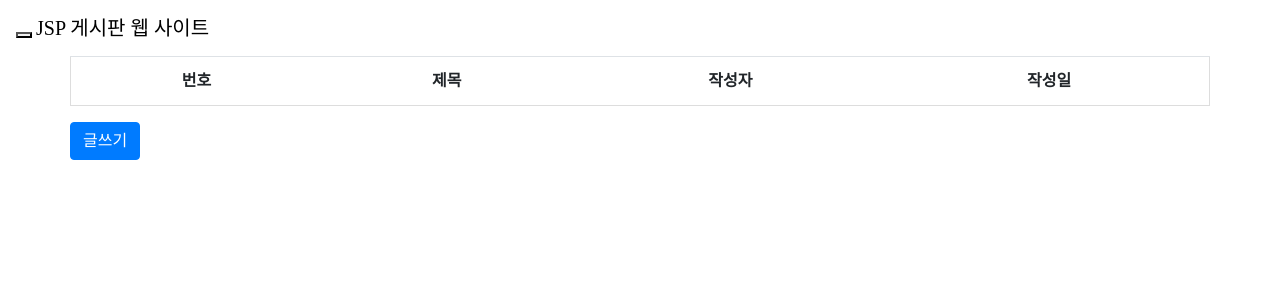
Repository: hz6450/2024-summer-jsp-notice-project
Page: http://localhost/BBS/BBS.jsp
The author's editor kept a copy of each file at every save. The page is drawn from the files as they stood at one save, then again after the next save.
The browser window is 1280 px wide. The pictures show the whole page.
Some web fonts or font styles are not loaded; a fallback is used. Some web libraries are served in a nearby version. The page is served by Tomcat 10. Other server files are loaded and not shown. Queries for data that is not in the repository find no rows.

Above is the page before, as saved 2024-07-12 07:56:17.

### projects/BBS/src/main/webapp/BBS.jsp
<%@ page language="java" contentType="text/html; charset=UTF-8"
	pageEncoding="UTF-8"%>
<%@ page import="java.io.PrintWriter"%>
<%@ page import="bbs.BbsDAO"%>
<%@ page import="bbs.Bbs"%>
<%@ page import="java.util.ArrayList"%>
<!DOCTYPE html>
<html>

<head>
<meta charset="UTF-8">
<meta name="viewport" content="width=device-width" initial-scale="1">
<link rel="stylesheet" href="css/bootstrap.css">
<link rel="stylesheet" href="css/custom.css">
<title>jsp 게시판 웹 사이트</title>
<style type="text/css">
	a, a:hover{
	color:#000000;
	text-decoration: none;
	}
</style>
</head>

<body>
	<%
	String userID = null;
	if (session.getAttribute("userID") != null) {
		userID = (String) session.getAttribute("userID");

	}
	int pageNumber = 1;
	if (request.getParameter("pageNumber") != null) {
		pageNumber = Integer.parseInt(request.getParameter("pageNumber"));
	}
	%>
	<nav class="navbar navbar-default">
		<div class="navbar-header">
			<button type="button" class="navbar-toggle" data-toggle="collapse"
				data-target="#bs-example-navbar-collapse-1" aria-expanded="false">
				<span class="icon-bar"></span> <span class="icon-bar"></span> <span
					class="icon-bar"></span>
			</button>
			<a class="navbar-brand" href="main.jsp">JSP 게시판 웹 사이트</a>
		</div>
		<div class="collapse navbar-collapse"
			id="bs-example-navbar-collapse-1">
			<ul class="nav navbar-nav">
				<li><a href="main.jsp">메인</a></li>
				<li class="active"><a href="BBS.jsp">게시판</a></li>
			</ul>
		</nav>
			<div class="container">
				<div class="row">
					<table class="table table-striped"
						style="text-align: center; border: 1px solid #dddddd;" id="bbs-table">
						<thead>
							<tr>
								<th style="border-bottom:none; text-align: center;">번호</th>
								<th style="border-bottom:none; text-align: center;">제목</th>
								<th style="border-bottom:none; text-align: center;">작성자</th>
								<th style="border-bottom:none; text-align: center;">작성일</th>
							</tr>
						</thead>
						<tbody>
							<%
							BbsDAO bbsDAO = new BbsDAO();
							ArrayList<Bbs> list = bbsDAO.getList(pageNumber);
							for (int i = 0; i < list.size(); i++) {
							%>
							<tr>
								<td><%= list.get(i).getBbsId() %></td>
								<td><a href="view.jsp?bbsID=<%=list.get(i).getBbsId()%>">
										<%= list.get(i).getBbsTitle() %></a></td>
								<td><%= list.get(i).getUserID() %></td>
								<td><%= list.get(i).getBbsDate().substring(0, 11) + list.get(i).getBbsDate().substring(11, 13) + "시" + list.get(i).getBbsDate().substring(14, 16) + "분" %></td>
							</tr>
						</tbody>
						<%
						}
						%>

					</table>
					<%
						if(pageNumber != 1){
							%>
					<a href="BBS.jsp?pageNumber=<%=pageNumber -1 %>" class="btn btn-success btn-arrow-left">이전</a>

					<%
						}if(bbsDAO.nextPage(pageNumber + 1)){
							%>
					<a href="BBS.jsp?pageNumber=<%=pageNumber +1 %>" class="btn btn-success btn-arrow-left">다음</a>
					<%
						}
					%>
					<a href="write.jsp" class="btn btn-primary pull-right">글쓰기</a>
				</div>
			</div>

		</div>



	<script src="https://code.jquery.com/jquery-3.1.1.min.js"></script>
	<script src="js/bootstrap.js"></script>

</body>

</html>

### projects/BBS/src/main/java/bbs/BbsDAO.java
package bbs;

import java.sql.Connection;
import java.sql.DriverManager;
import java.sql.PreparedStatement;
import java.sql.ResultSet;
import java.util.ArrayList;

public class BbsDAO {

	private Connection conn;
	private ResultSet rs;

	public BbsDAO() {
		try {
			String dbURL = "jdbc:mysql://localhost:3306/BBS";
			String dbID = "root";
			String dbPassword = "6450";
			Class.forName("com.mysql.jdbc.Driver");
			conn = DriverManager.getConnection(dbURL, dbID, dbPassword);
		} catch (Exception e) {
			e.printStackTrace();
		}
	}

	public String getDate() {
		String SQL = "SELECT NOW()";
		try {
			PreparedStatement pstmt = conn.prepareStatement(SQL);
			rs = pstmt.executeQuery();
			if (rs.next()) {
				return rs.getString(1);
			}
		} catch (Exception e) {
			e.printStackTrace();
		}
		return "";
	}

	public int getNext() {
		String SQL = "SELECT bbsID FROM BBS ORDER BY bbsID DESC";
		try {
			PreparedStatement pstmt = conn.prepareStatement(SQL);
			rs = pstmt.executeQuery();
			if (rs.next()) {
				return rs.getInt(1) + 1;
			}
		} catch (Exception e) {
			e.printStackTrace();
		}
		return 1;
	}

	public int write(String bbsTitle, String userID, String bbsContent) {
		String SQL = "INSERT INTO BBS VALUE(?,?,?,?,?,?)";
		try {
			PreparedStatement pstmt = conn.prepareStatement(SQL);

			pstmt.setInt(1, getNext());
			pstmt.setString(2, bbsTitle);
			pstmt.setString(3, userID);
			pstmt.setString(4, getDate());
			pstmt.setString(5, bbsContent);
			pstmt.setInt(6, 1);

			return pstmt.executeUpdate();
		} catch (Exception e) {
			e.printStackTrace();
		}
		return -1;
	}

	public ArrayList<Bbs> getList(int pageNumber) {
		String SQL = "SELECT * From BBS WHERE bbsID < ? AND bbsAvailable = 1 ORDER BY bbsID DESC LIMIT 10";
		ArrayList<Bbs> list = new ArrayList<Bbs>();
		try {
			PreparedStatement pstmt = conn.prepareStatement(SQL);
			pstmt.setInt(1, getNext() - (pageNumber - 1) * 10);
			rs = pstmt.executeQuery();
			while (rs.next()) {
				Bbs bbs = new Bbs();
				bbs.setBbsId(rs.getInt(1));
				bbs.setBbsTitle(rs.getString(2));
				bbs.setUserID(rs.getString(3));
				bbs.setBbsDate(rs.getString(4));
				bbs.setBbsContent(rs.getString(5));
				bbs.setBbsAvailable(rs.getInt(6));
				list.add(bbs);
			}
		} catch (Exception e) {
			e.printStackTrace();
		}
		return list;
	}

	public boolean nextPage(int pageNumber) {
		String SQL = "SELECT * From BBS WHERE bbsID < ? AND bbsAvailable = 1 ORDER BY bbsID DESC LIMIT 10";
		try {
			PreparedStatement pstmt = conn.prepareStatement(SQL);
			pstmt.setInt(1, getNext() - (pageNumber - 1) * 10);
			rs = pstmt.executeQuery();
			if (rs.next()) {
				return true;
			}
		} catch (Exception e) {
			e.printStackTrace();
		}
		return false;
	}

	public Bbs getBbs(int bbsID) {
		String SQL = "SELECT * FROM BBS WHERE bbsID = ?";
		try {
			PreparedStatement pstmt = conn.prepareStatement(SQL);
			pstmt.setInt(1, bbsID);
			rs = pstmt.executeQuery();
			if (rs.next()) {
				Bbs bbs = new Bbs();
				bbs.setBbsId(rs.getInt(1));
				bbs.setBbsTitle(rs.getString(2));
				bbs.setUserID(rs.getString(3));
				bbs.setBbsDate(rs.getString(4));
				bbs.setBbsContent(rs.getString(5));
				bbs.setBbsAvailable(rs.getInt(6));
				return bbs;
			}
		} catch (Exception e) {
			e.printStackTrace();
		}
		return null;
	}

	public int update(int bbsID, String bbsTitle, String bbsContent) {
		String SQL = "UPDATE BBS SET bbsTitle = ?, bbsContent= ? WHERE bbsID = ?";
		try {
			PreparedStatement pstmt = conn.prepareStatement(SQL);

			pstmt.setString(1, bbsTitle);
			pstmt.setString(2, bbsContent);
			pstmt.setInt(3, bbsID);

			return pstmt.executeUpdate();
		} catch (Exception e) {
			e.printStackTrace();
		}
		return -1;
	}

	public int delete(int bbsID) {
		String SQL = "UPDATE BBS SET bbsAvailable=0 WHERE bbsID = ?";
		try {
			PreparedStatement pstmt = conn.prepareStatement(SQL);
			pstmt.setInt(1, bbsID);

			return pstmt.executeUpdate();
		} catch (Exception e) {
			e.printStackTrace();
		}
		return -1;
	}
}

### projects/BBS/src/main/webapp/css/custom.css
@import url(http://fonts.googleapis.com/earlyaccess/nanumgothic.css);
@import url(http://fonts.googleapis.com/earlyaccess/hanna.css);
* {
	font-family : "Nanum Gothic";
}
h1 {
	font-family : "Hanna";
}
#table-test{
	background-color: skyblue;
	border: red 2px solid;
}

Loaded but not shown: projects/BBS/src/main/webapp/css/bootstrap.css (library); projects/BBS/src/main/webapp/js/bootstrap.js (library)

After the next save:
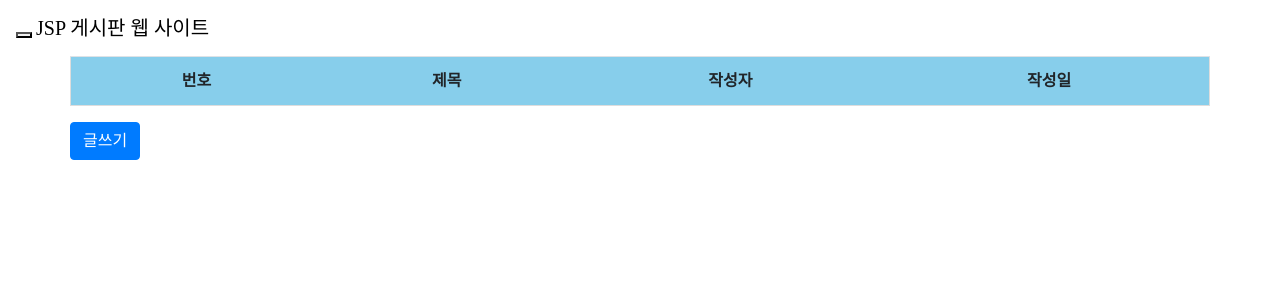
Saved 20 s later.
--- a/projects/BBS/src/main/webapp/css/custom.css
+++ b/projects/BBS/src/main/webapp/css/custom.css
@@ -6,7 +6,9 @@
 h1 {
 	font-family : "Hanna";
 }
-#table-test{
+#bbs-table{
+	text-align: center;
+	border: 1px solid #dddddd;
 	background-color: skyblue;
 	border: red 2px solid;
 }

After the 2 saves that followed:
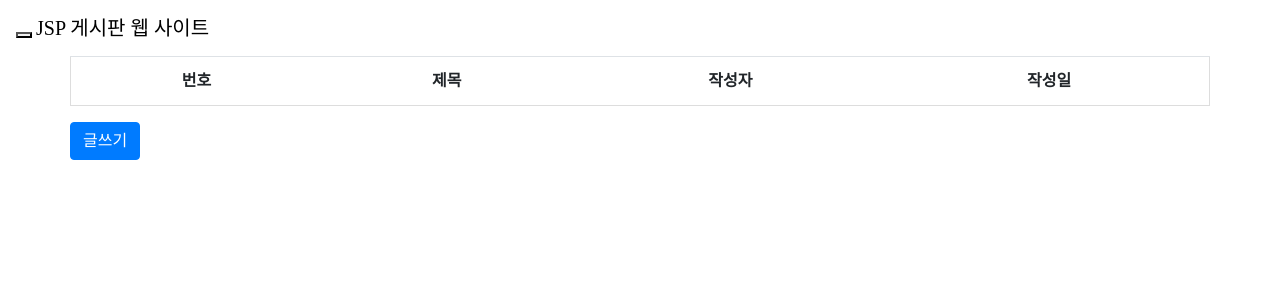
The 2 saves are shown as one change because they came seconds apart.
The last was saved 9 s later.
--- a/projects/BBS/src/main/webapp/css/custom.css
+++ b/projects/BBS/src/main/webapp/css/custom.css
@@ -9,6 +9,4 @@
 #bbs-table{
 	text-align: center;
 	border: 1px solid #dddddd;
-	background-color: skyblue;
-	border: red 2px solid;
 }
